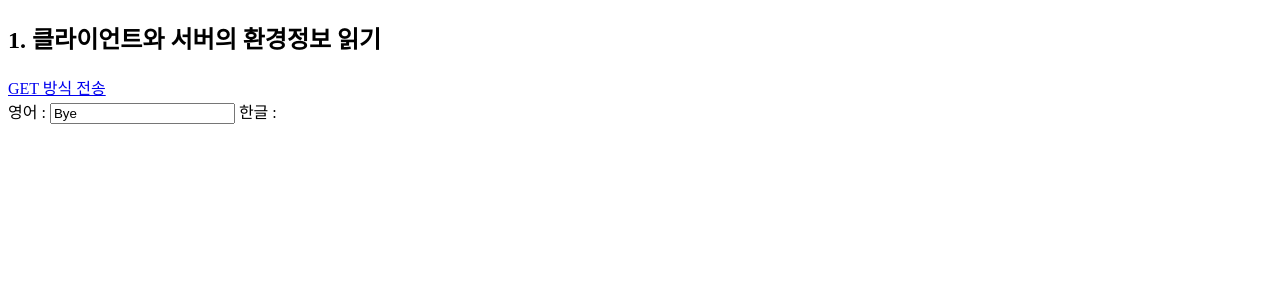
Repository: iamstudybox00/JSP_Servlet
Page: http://localhost/MustHaveJSP/02ImplicitObject/RequestMain.jsp
An editor plug-in stored every save of this project. The page is shown before and after the next save, followed by the edit.
The browser window is 1280 px wide. The pictures show the whole page.
The page is served by Tomcat 10. Other server files are loaded and not shown.

Above is the page before, as saved 2025-05-02 05:46:55.

### MustHaveJSP/src/main/webapp/02ImplicitObject/RequestMain.jsp
<%@ page language="java" contentType="text/html; charset=UTF-8"
    pageEncoding="UTF-8"%>
<!DOCTYPE html>
<html>
	<head>
	<meta charset="UTF-8">
	<title>내장객체 - request</title>
	</head>
	<body>
		<h2>1. 클라이언트와 서버의 환경정보 읽기</h2>
		<a href="./RequestWebInfo.jsp?eng=Hello&han=안녕">
			GET 방식 전송
		</a>
		<br/>
		<form action="RequestWebInfo.jsp" method="post" accept-charset="utf-8">
			영어 : <input type="text" name="eng" value="Bye" />
			한글 :
		</form>
	</body>
</html>

After the next save:
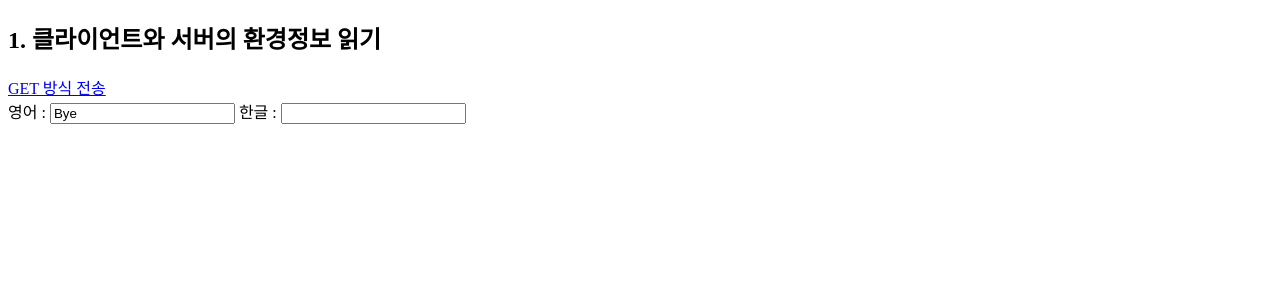
Saved 6 s later.
--- a/MustHaveJSP/src/main/webapp/02ImplicitObject/RequestMain.jsp
+++ b/MustHaveJSP/src/main/webapp/02ImplicitObject/RequestMain.jsp
@@ -14,7 +14,7 @@
 		<br/>
 		<form action="RequestWebInfo.jsp" method="post" accept-charset="utf-8">
 			영어 : <input type="text" name="eng" value="Bye" />
-			한글 :
+			한글 : <input type="text"
 		</form>
 	</body>
 </html>
